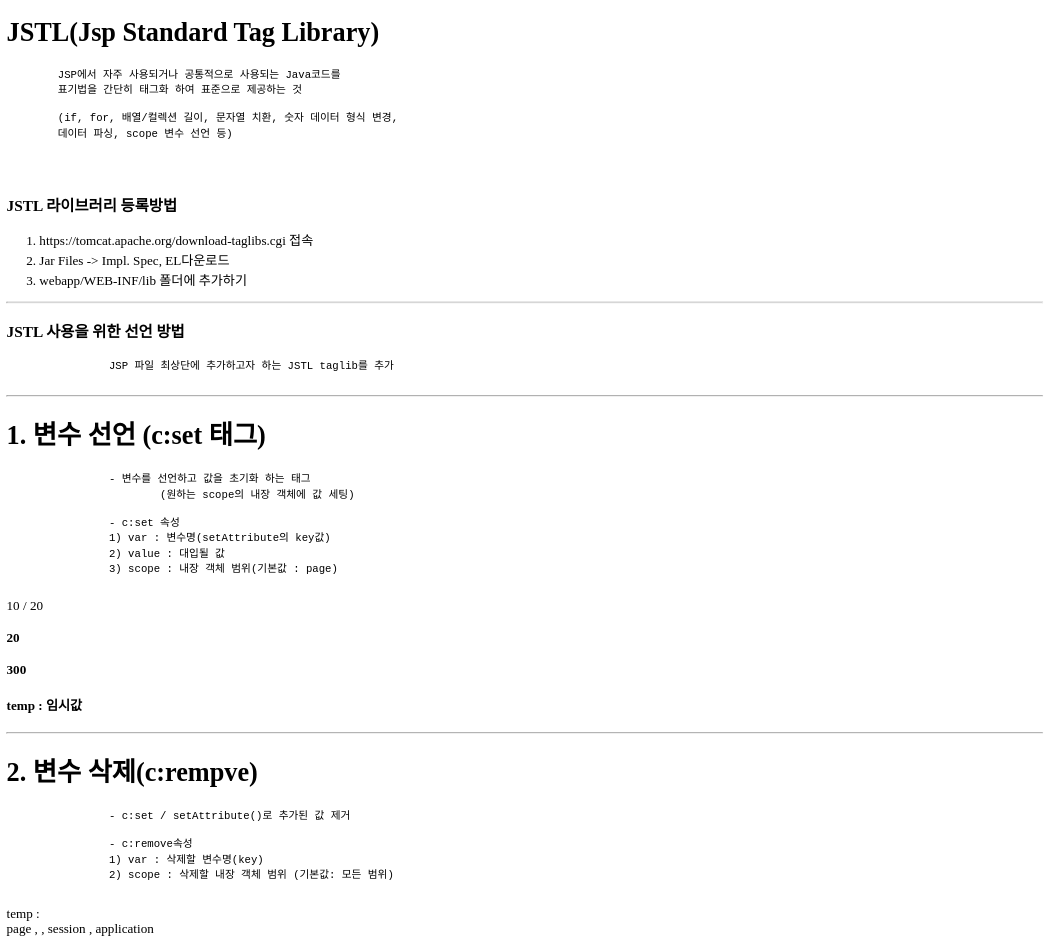
Repository: hyungjuIM/06_Server
Page: http://localhost/JSPProject2/jstl
The author's editor kept a copy of each file at every save. The page is drawn from the files as they stood at one save, then again after the next save.
The browser window is 1280 px wide. The pictures show the whole page, at 82% of full size.
The page is served by Tomcat 9. Other server files are loaded and not shown.

Above is the page before, as saved 2023-03-21 10:43:08.

### JSPProject2/src/main/webapp/WEB-INF/views/jstl.jsp
<%@ page language="java" contentType="text/html; charset=UTF-8"
pageEncoding="UTF-8" %>
<%@ taglib prefix="c" uri="http://java.sun.com/jsp/jstl/core"%>
<%--
	prefix : 접두사
	uri(Uniform Resource Identifier) : 자원 구분 식별자(주소형태)
 --%>

<!DOCTYPE html>
<html lang="en">
<head>
    <meta charset="UTF-8">
    <meta http-equiv="X-UA-Compatible" content="IE=edge">
    <meta name="viewport" content="width=device-width, initial-scale=1.0">
    <title>3. JSTL</title>
</head>
<body>
    <h1>JSTL(Jsp Standard Tag Library)</h1>
    <pre>
    	JSP에서 자주 사용되거나 공통적으로 사용되는 Java코드를
    	표기법을 간단히 태그화 하여 표준으로 제공하는 것

    	(if, for, 배열/컬렉션 길이, 문자열 치환, 숫자 데이터 형식 변경,
    	데이터 파싱, scope 변수 선언 등)


    </pre>
    	<h3>JSTL 라이브러리 등록방법</h3>
    	<ol>
    		<li>https://tomcat.apache.org/download-taglibs.cgi 접속</li>
    		<li>Jar Files -> Impl. Spec, EL다운로드</li>
    		<li>webapp/WEB-INF/lib 폴더에 추가하기 </li>
    	</ol>

    	<hr>

    	<h3>JSTL 사용을 위한 선언 방법</h3>
    	<pre>
    		JSP 파일 최상단에 추가하고자 하는 JSTL taglib를 추가
    	</pre>
    	<hr>
    	<h1>1. 변수 선언 (c:set 태그)</h1>
    	<pre>
    		- 변수를 선언하고 값을 초기화 하는 태그
    			(원하는 scope의 내장 객체에 값 세팅)

    		- c:set 속성
    		1) var : 변수명(setAttribute의 key값)
    		2) value : 대입될 값
    		3) scope : 내장 객체 범위(기본값 : page)
    	</pre>
    	<%-- scriptlet 작성법 --%>
    	<% pageContext.setAttribute("num1",10); %>

    	<%-- JSTL 작성법 --%>
    	<c:set var="num2" value="20" />

    	${num1} / ${num2}

    	<%-- request scope에 num2세팅 --%>
    	<c:set var="num2" value="300" scope="request" />
    	<h4>${num2}</h4> <!-- 20 -->
    	<h4>${requestScope.num2}</h4> <!-- 300 -->

    	<c:set var="temp" value="임시값" scope="session" />
    	<h4>temp : ${temp}</h4>
    	<hr>

    	<h1>2. 변수 삭제(c:rempve)</h1>
    	<pre>
    		- c:set / setAttribute()로 추가된 값 제거

    		- c:remove속성
    		1) var : 삭제할 변수명(key)
    		2) scope : 삭제할 내장 객체 범위 (기본값: 모든 범위)
    		</pre>

    		<p>
    		<c:remove var="temp" />
    		temp : ${temp}<br>

    		<c:set var="test" value="page" scope="page" />
    		<c:set var="test" value="request" scope="request" />
    		<c:set var="test" value="session" scope="session" />
    		<c:set var="test" value="application" scope="application" />

    		<c:remove var="test" scope="request"/>

    		${pageScope.test} , ${requestScope.test} , ${sessionScope.test} , ${applicationScope.test}
    		</p>



</body>
</html>

### JSPProject2/src/main/java/edu/kh/jsp/controller/JSTLServlet.java
package edu.kh.jsp.controller;

import java.io.IOException;

import javax.servlet.RequestDispatcher;
import javax.servlet.ServletException;
import javax.servlet.annotation.WebServlet;
import javax.servlet.http.HttpServlet;
import javax.servlet.http.HttpServletRequest;
import javax.servlet.http.HttpServletResponse;

@WebServlet("/jstl")
public class JSTLServlet extends HttpServlet{
@Override
protected void doGet(HttpServletRequest req, HttpServletResponse resp) throws ServletException, IOException {

	RequestDispatcher dispatcher = req.getRequestDispatcher("/WEB-INF/views/jstl.jsp");

	dispatcher.forward(req, resp);
	}
}

After the next save:
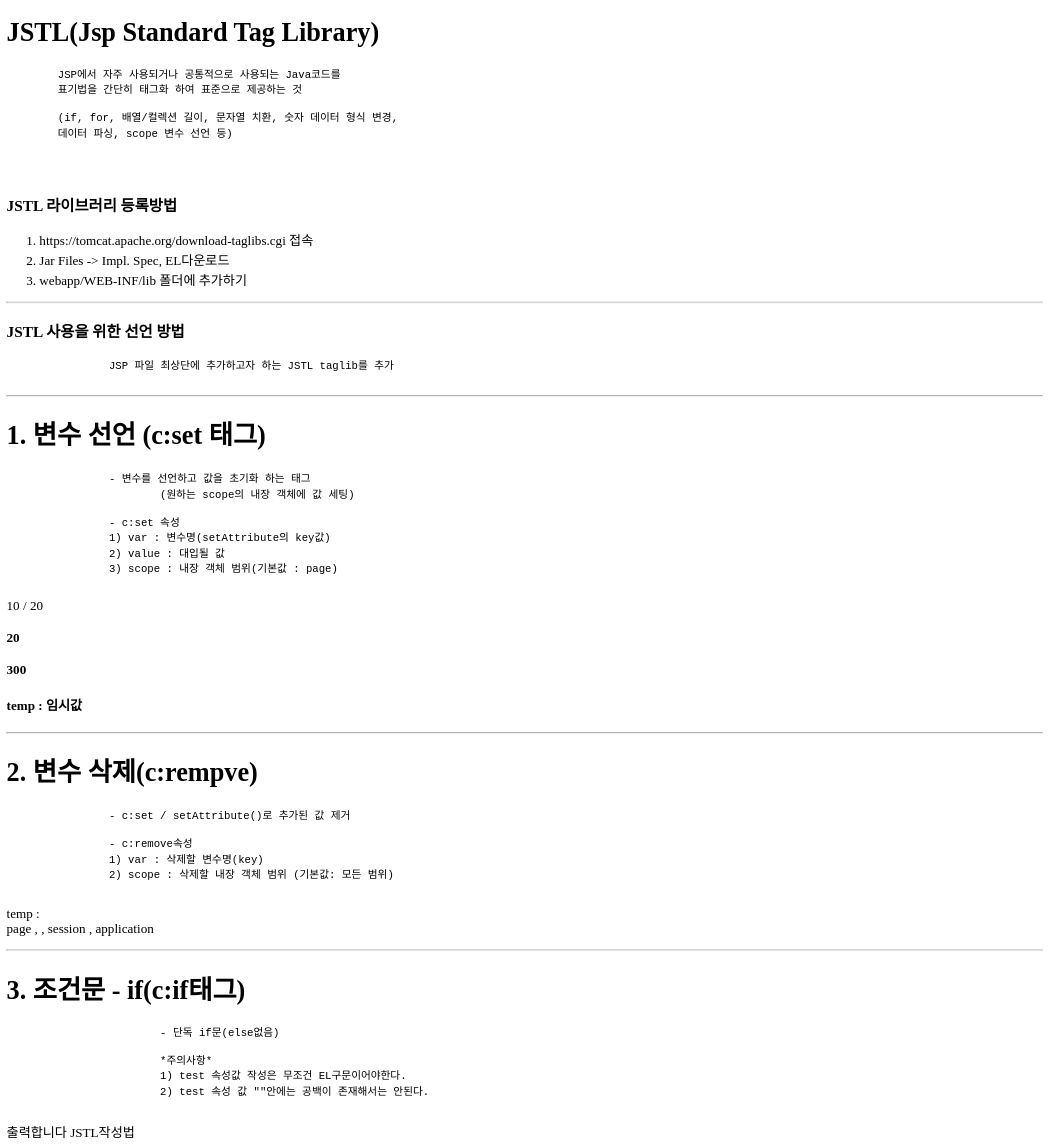
Saved 21 min 45 s later.
--- a/JSPProject2/src/main/webapp/WEB-INF/views/jstl.jsp
+++ b/JSPProject2/src/main/webapp/WEB-INF/views/jstl.jsp
@@ -88,7 +88,23 @@
 
     		${pageScope.test} , ${requestScope.test} , ${sessionScope.test} , ${applicationScope.test}
     		</p>
+    		<hr>
+    		<h1>3. 조건문 - if(c:if태그)</h1>
+    		<pre>
+    			- 단독 if문(else없음)
 
+    			*주의사항*
+    			1) test 속성값 작성은 무조건 EL구문이어야한다.
+    			2) test 속성 값 ""안에는 공백이 존재해서는 안된다.
+    		</pre>
+    		<%-- Scriptlet 작성법 --%>
+    		<% if(1==1){ %>
+    		출력합니다
+    		<% } %>
+    		<%-- JSTL 작성법 --%>
+    		<c:if test="${1 == 1}">
+    			JSTL작성법
+    		</c:if>
 
 
 </body>
